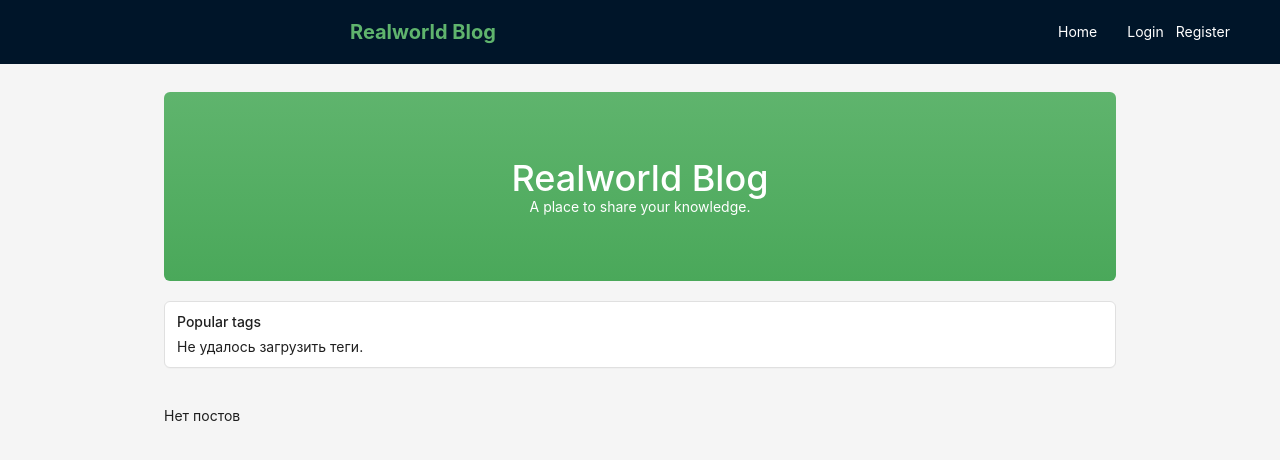
Repository: Rafged/S1mple-blog
Page: / (app in S1mple-blog-main/)
An editor plug-in stored every save of this project. The page is shown before and after the next save, followed by the edit.
The browser window is 1280 px wide. The pictures show the whole page.
The page's requests for data from a server got no answer. The project was rebuilt for these pictures with package versions that can differ from the ones it lists, and the page was loaded fresh each time. No one was signed in, and anything a server would have sent is missing. Also part of the build but not shown: S1mple-blog-main/vite.config.js, S1mple-blog-main/src/pages/Login.jsx, S1mple-blog-main/src/pages/Register.jsx, S1mple-blog-main/src/pages/NewPost.jsx, S1mple-blog-main/src/pages/Settings.jsx, S1mple-blog-main/src/pages/Article.jsx, S1mple-blog-main/src/pages/Profile.css, S1mple-blog-main/src/pages/Profile.jsx.

Above is the page before, as saved 2025-10-06 14:48:57.

### S1mple-blog-main/index.html
<!doctype html>
<html lang="ru">
  <head>
    <meta charset="utf-8" />
    <meta name="viewport" content="width=device-width, initial-scale=1.0" />
    <title>Realworld Vite React</title>
  </head>
  <body>
    <div id="root"></div>
    <script type="module" src="/src/main.jsx"></script>
  </body>
</html>

### S1mple-blog-main/src/main.jsx
import React from 'react'
import { createRoot } from 'react-dom/client'
import { BrowserRouter } from 'react-router-dom'
import App from './App'
import 'antd/dist/reset.css'
import './styles.css'

createRoot(document.getElementById('root')).render(
  <React.StrictMode>
    <BrowserRouter>
      <App/>
    </BrowserRouter>
  </React.StrictMode>
)

### S1mple-blog-main/src/App.jsx
import React, { useEffect, useState } from 'react'
import { Routes, Route, Link, useNavigate } from 'react-router-dom'
import { Layout, Button } from 'antd'
import Home from './pages/Home'
import Login from './pages/Login'
import Register from './pages/Register'
import NewPost from './pages/NewPost'
import Settings from './pages/Settings'
import Article from './pages/Article'
import Profile from './pages/Profile'

const { Header, Content } = Layout

function getUsername(){ return localStorage.getItem('username') || null }

export default function App(){
  const [auth, setAuth] = useState(!!localStorage.getItem('token'))
  const navigate = useNavigate()

  useEffect(()=> {
    function onStorage(){ setAuth(!!localStorage.getItem('token')) }
    window.addEventListener('storage', onStorage)
    return ()=> window.removeEventListener('storage', onStorage)
  },[])

  function doLogout(){
    try{
      localStorage.removeItem('token'); localStorage.removeItem('username'); localStorage.removeItem('user');
    }catch(e){}
    setAuth(false);
    navigate('/');
    window.location.reload();
  }

  return (
    <Layout style={{minHeight:'100vh'}}>
      <Header style={{display:'flex', alignItems:'center', justifyContent:'space-between'}}>
        <div style={{color:'#5fb46d', fontWeight:700, fontSize: '20px', marginLeft: 300}}>Realworld Blog</div>
        <div>
          <Link to="/" style={{marginRight:30, color:'#fff'}}>Home</Link>
          {auth && <Link to="/new" style={{marginRight:25, color:'#fff'}}>New post</Link>}
          {auth && <Link to="/settings" style={{marginRight:20, color:'#fff'}}>Settings</Link>}
          {auth ? (
            <>
              <Link to={ getUsername() ? ('/profile/' + getUsername()) : '/profile' } style={{marginRight:25, color:'#fff'}}>
                Hi, {getUsername() || 'Unknown'}
              </Link>
              <Button onClick={doLogout}>Log out</Button>
            </>
          ) : (
            <>
              <Link to="/login" style={{marginRight:12, color:'#fff'}}>Login</Link>
              <Link to="/register" style={{color:'#fff'}}>Register</Link>
            </>
          )}
        </div>
      </Header>
      <Content style={{padding:24}}>
        <div style={{maxWidth:960, margin:'0 auto'}}>
          <Routes>
            <Route path="/" element={<Home/>}/>
            <Route path="/login" element={<Login onAuth={() => setAuth(true)}/>}/>
            <Route path="/register" element={<Register onAuth={() => setAuth(true)}/>}/>
            <Route path="/new" element={<NewPost/>}/>
            <Route path="/settings" element={<Settings/>}/>
            <Route path="/article/:slug" element={<Article/>}/>
            <Route path="/profile" element={<Profile/>}/>
            <Route path="/profile/:username" element={<Profile/>}/>
          </Routes>
        </div>
      </Content>
    </Layout>
  )
}

### S1mple-blog-main/src/styles.css
:root{ --green: #55b36b }
body{ font-family: Inter, "Open Sans", Arial, sans-serif; margin:0; background:#fafafa; color:#222 }
.container{ max-width:1600px; margin:0 auto; padding:4px }
.brand{ color:var(--green); font-weight:700; font-size:20px; margin-right:12px }
.banner{ background:linear-gradient(180deg,#5fb46d,#4aa85a); color:#fff; padding:66px; border-radius:6px; margin-bottom:20px }
.meta{ color:#777; margin-top:6px }


/* Cards and Popular Tags box */
.popular-box{
  border:1px solid #e0e0e0;
  border-radius:6px;
  padding:12px;
  background:#fff;
  box-shadow: 0 1px 0 rgba(0,0,0,0.02);
  margin-bottom:20px;
}
.tag-btn{
  padding:6px 10px;
  border-radius:16px;
  border:1px solid #ddd;
  background:#fff;
  cursor:pointer;
  font-size:13px;
}
.article-card{
  border:1px solid #e0e0e0;
  border-radius:6px;
  padding:16px;
  background:#fff;
  margin-bottom:18px;
  margin-left: 1px;
  width: 950px;
  box-shadow: 0 1px 0 rgba(0,0,0,0.02);
}
.article-meta{ color:#7a7a7a; margin-bottom:6px; font-size:14px }
.favorite-badge{
  border:1px solid #5cb85c;
  padding:6px 10px;
  border-radius:8px;
  background:#fff;
  cursor:pointer;
  font-weight:600;
  display:inline-flex;
  align-items:center;
  gap:8px;
}

### S1mple-blog-main/src/pages/Home.jsx
import React, { useEffect, useState } from 'react'
import { getArticles, favoriteArticle, unfavoriteArticle } from '../api'
import { Link } from 'react-router-dom'
import PopularTags from '../components/PopularTags'
import Pagination from '../components/Pagination'

export default function Home(){
  const [articles, setArticles] = useState([])
  const [currentPage, setCurrentPage] = useState(1)
  const [totalPages, setTotalPages] = useState(1)
  const limit = 3

  useEffect(()=> {
    load(currentPage)
  },[currentPage])

  async function load(page = 1){
    try{
      const offset = (page-1)*limit
      const res = await getArticles(`?limit=${limit}&offset=${offset}`)
      setArticles(res.articles || [])
      const count = res.articlesCount || (res.articles ? res.articles.length : 0)
      setTotalPages(Math.max(1, Math.ceil(count / limit)))
    }catch(e){
      console.error(e)
    }
  }

  async function toggleFav(a){
    if(!localStorage.getItem('token')){ alert('Войдите чтобы оценивать'); return; }
    try{
      if(a.favorited) await unfavoriteArticle(a.slug)
      else await favoriteArticle(a.slug)
      await load(currentPage)
    }catch(e){ console.error(e); alert('Ошибка') }
  }

  return (
    <div className="container">
      <div className="banner" style={{textAlign:'center'}}>
        <h1 style={{margin:0, fontSize:36}}>Realworld Blog</h1>
        <p style={{margin:0}}>A place to share your knowledge.</p>
      </div>

      {/* Popular tags at center top */}
      <div style={{display:'flex', justifyContent:'center', marginBottom:20}}>
        <div style={{maxWidth:1200, width:'100%'}}>
          <PopularTags />
        </div>
      </div>

      <div>
        {articles.length === 0 ? <div>Нет постов</div> : articles.map(a => (
          <div key={a.slug} className="article-card">
            <div style={{display:'flex', justifyContent:'space-between', alignItems:'flex-start'}}>
              <div>
                <div className="article-meta"><Link to={`/profile`}>{a.author?.username}</Link> · {new Date(a.createdAt).toLocaleDateString()}</div>
                <Link to={`/article/${a.slug}`} style={{textDecoration:'none'}}>
                  <h2 style={{margin:'8px 0', color:'#222'}}>{a.title}</h2>
                </Link>
                <p style={{color:'#555'}}>{a.description || (a.body && a.body.slice(0,200)+'...')}</p>
                <div style={{marginTop:8}}>
                  {a.tagList && a.tagList.map(t => <span key={t} className="tag-btn">{t}</span>)}
                </div>
              </div>
              <div>
                <button className="favorite-badge" onClick={()=>toggleFav(a)} title="Favorite">
                  ❤️ <span style={{marginLeft:6}}>{a.favoritesCount||0}</span>
                </button>
              </div>
            </div>
          </div>
        ))}
        <Pagination currentPage={currentPage} totalPages={totalPages} onPageChange={(p)=>setCurrentPage(p)} />
      </div>
    </div>
  )
}

### S1mple-blog-main/src/api.js
const API = '/api'

function getToken(){
  return localStorage.getItem('token')
}

function authHeaders(){
  const t = getToken()
  return t ? { 'Authorization': 'Token ' + t } : {}
}

async function request(path, opts = {}){
  const headers = { 'Content-Type': 'application/json', ...(opts.headers||{}), ...authHeaders() }
  const res = await fetch(API + path, {...opts, headers})
  const text = await res.text()
  let body = null
  try { body = text ? JSON.parse(text) : {} } catch(e){ body = {raw: text} }
  if(!res.ok) throw { status: res.status, body }
  return body
}

export async function getArticles(query=''){
  return request('/articles' + (query||''))
}

export async function getArticle(slug){
  return request('/articles/' + slug)
}

export async function favoriteArticle(slug){
  return request('/articles/' + slug + '/favorite', { method: 'POST' })
}
export async function unfavoriteArticle(slug){
  return request('/articles/' + slug + '/favorite', { method: 'DELETE' })
}

export async function getTags(){ return request('/tags') }

export async function login(email, password){ return request('/users/login', { method:'POST', body: JSON.stringify({user:{email, password}}) }) }
export async function register(username,email,password){ return request('/users', { method:'POST', body: JSON.stringify({user:{username,email,password}}) }) }
export async function getCurrentUser(){ return request('/user') }
export async function updateUser(payload){ return request('/user', { method:'PUT', body: JSON.stringify({user: payload}) }) }

export async function createArticle(article){ return request('/articles', { method:'POST', body: JSON.stringify({article}) }) }
export async function getArticlesByAuthor(author){ return request('/articles?author=' + encodeURIComponent(author)) }

### S1mple-blog-main/src/components/PopularTags.jsx
import React, { useEffect, useState } from "react";
import { getTags } from "../api";

const PopularTags = () => {
  const [tags, setTags] = useState([]);
  const [error, setError] = useState(null);

  useEffect(() => {
    const fetchTags = async () => {
      try {
        const res = await getTags();
        if (res && res.tags) setTags(res.tags);
      } catch (e) {
        setError(true);
        console.warn("Failed to load tags", e);
      }
    };
    fetchTags();
  }, []);

  return (
    <div className="popular-box">
      <h4 style={{ margin: "0 0 8px 0" }}>Popular tags</h4>
      {error ? (
        <div>Не удалось загрузить теги.</div>
      ) : (
        <div style={{ display: "flex", gap: 8, flexWrap: "wrap" }}>
          {tags.length === 0 ? <span>Нет тегов</span> : tags.map((t) => (
            <button key={t} className="tag-btn">{t}</button>
          ))}
        </div>
      )}
    </div>
  );
};

export default PopularTags;

### S1mple-blog-main/src/components/Pagination.jsx
import React from "react";

const Pagination = ({ articlesCount, limit, currentPage, onPageChange }) => {
  const pages = Math.ceil(articlesCount / limit);

  return (
    <ul className="pagination">
      {Array.from({ length: pages }, (_, i) => (
        <li
          key={i}
          className={`page-item ${currentPage === i + 1 ? "active" : ""}`}
          onClick={() => onPageChange(i + 1)}
        >
          <span className="page-link">{i + 1}</span>
        </li>
      ))}
    </ul>
  );
};

export default Pagination;

After the next save:
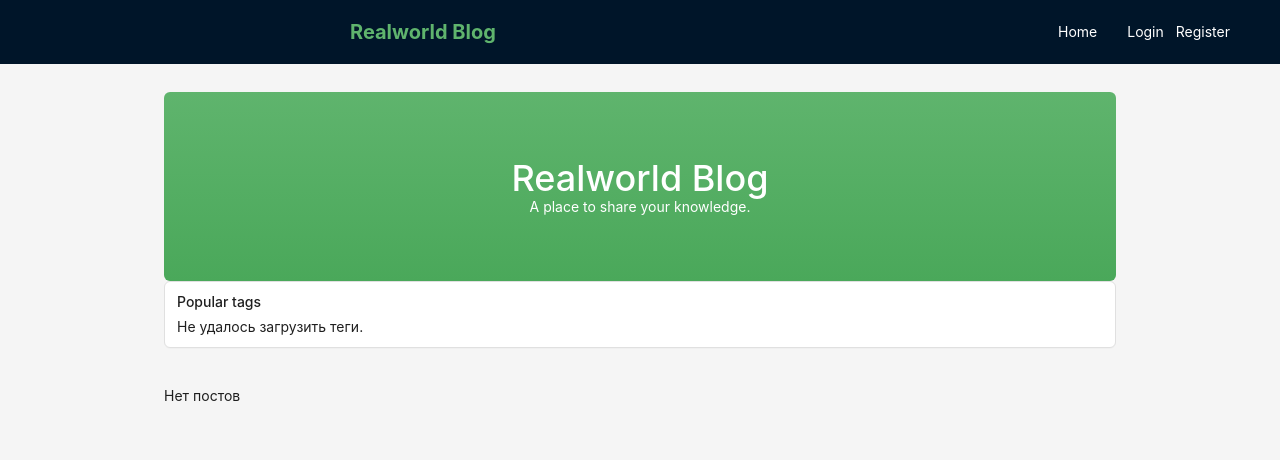
Saved 9 s later.
--- a/S1mple-blog-main/src/styles.css
+++ b/S1mple-blog-main/src/styles.css
@@ -2,7 +2,7 @@
 body{ font-family: Inter, "Open Sans", Arial, sans-serif; margin:0; background:#fafafa; color:#222 }
 .container{ max-width:1600px; margin:0 auto; padding:4px }
 .brand{ color:var(--green); font-weight:700; font-size:20px; margin-right:12px }
-.banner{ background:linear-gradient(180deg,#5fb46d,#4aa85a); color:#fff; padding:66px; border-radius:6px; margin-bottom:20px }
+.banner{ background:linear-gradient(180deg,#5fb46d,#4aa85a); color:#fff; padding:66px; border-radius:6px; margin-bottom:20px width: 100px;}
 .meta{ color:#777; margin-top:6px }
 
 
